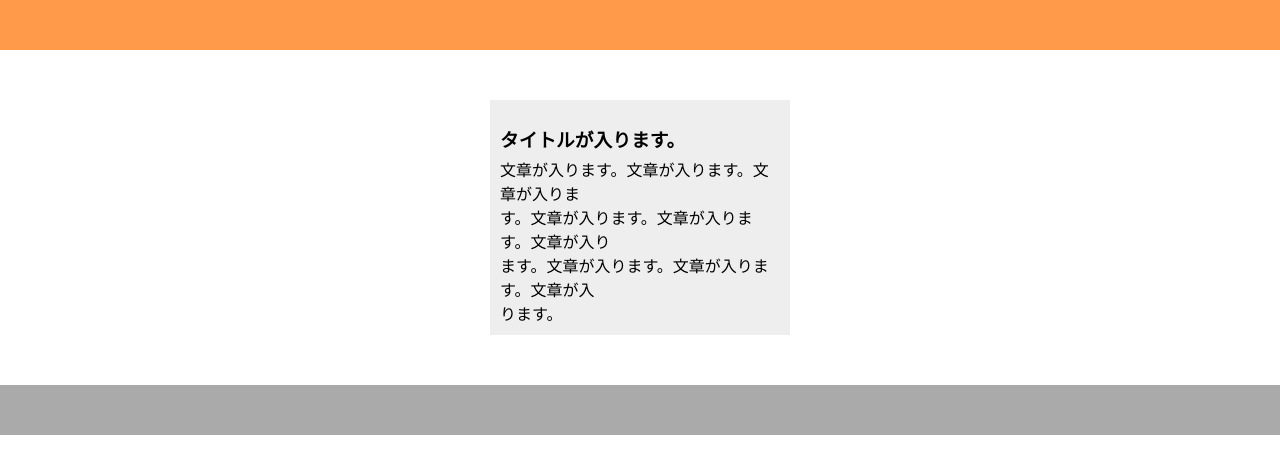
Repository: tkikokiko/webcamp-practice
Page: 1-9/index1-9-2.html
The author's editor kept a record of every edit. The page is drawn from the files as they stood at one moment, then again after the next edit.
The browser window is 1280 px wide. The pictures show the whole page.

Above is the page before.

### 1-9/index1-9-2.html
<!DOCTYPE html>
<html lang="ja">
  <head>
    <meta charset="utf-8" />
    <link rel="stylesheet" href="style1-9-2.css" type="text/css" />
    <title>kadai1-9-2</title>
  </head>

  <body>
    <header></header>

    <main>
      <div class="main-box">
        <div class="main-image"></div>
        <div class="main-step"></div>
        <div class="main-contents">
          <h3 class="main-title">タイトルが入ります。</h3>
          <p class="main-text">
            文章が入ります。文章が入ります。文章が入りま <br>
            す。文章が入ります。文章が入ります。文章が入り <br>
            ます。文章が入ります。文章が入ります。文章が入 <br>
            ります。
          </p>
        </div>
      </div>

    </main>

    <footer></footer>

  </body>
</html>

### 1-9/style1-9-2.css
* {
  margin: 0;
  padding: 0;
  box-sizing: border-box;
}

header {
  width: 100%;
  height: 50px;
  background-color: #ff9a4b;
}

main {
  margin: 50px auto;
  width: 960px;
  display: flex;
  justify-content: center;
}

.main-box {
  width: 300px;
  margin-right: 30px;
  padding: 10px;
  background-color: #eeeeee;
  position: relative;
}

.main-box:last-child {
  margin-right: 0;
}

.main-step {
  position: absolute;
  top: 0;
  left: 0;
  color: #ffffff;
  display: inline-block;
  background-color: #ff9a4b;
}

/*.main-contents {*/
/*  width: 300px;*/
/*  padding: 10px;*/
/*}*/

.main-image1 {
  height: 150px;
  padding: 10px;
  background-image: url(img/flow01.png);
  background-size: cover;
  background-position: bottom;
}

.main-image2 {
  height: 150px;
  background-image: url(img/flow02.png);
  background-size: cover;
  background-position: bottom;
}

.main-image3 {
  height: 150px;
  background-image: url(img/flow03.png);
  background-size: cover;
  background-position: bottom;
}

.main-title {
  margin: 15px 0 5px;
  /*display: inline-block;*/
  /*padding-top: 15px;*/
}

/*.main-text {*/
/*  display: inline-block;*/
/*  margin-top: 5px;*/
/*  font-size: 12px;*/
/*}*/


footer {
  width: 100%;
  height: 50px;
  background-color: #aaaaaa;
}

After the next edit:
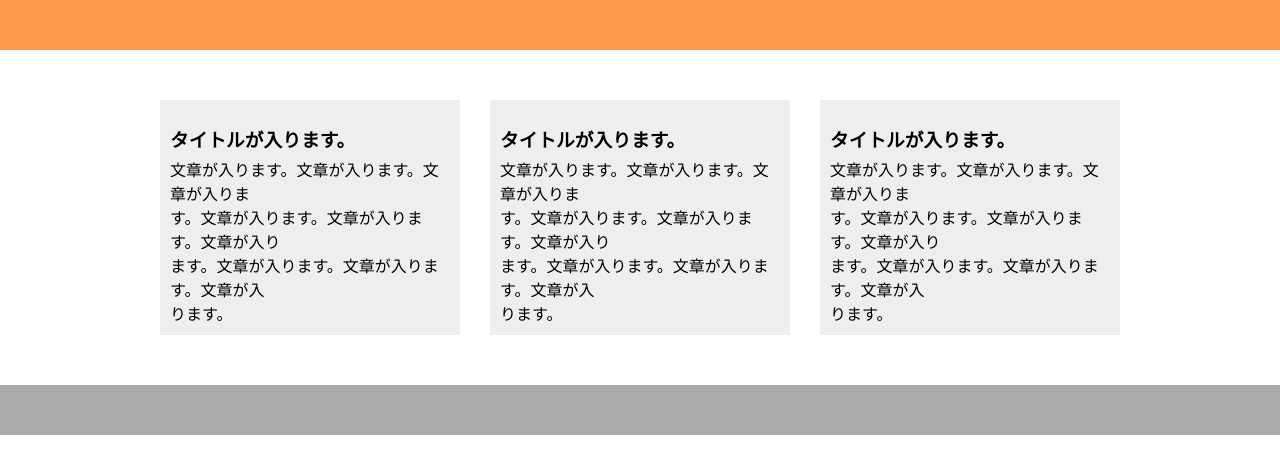
The edit:
--- a/1-9/index1-9-2.html
+++ b/1-9/index1-9-2.html
@@ -24,6 +24,34 @@
         </div>
       </div>
 
+      <div class="main-box">
+        <div class="main-image"></div>
+        <div class="main-step"></div>
+        <div class="main-contents">
+          <h3 class="main-title">タイトルが入ります。</h3>
+          <p class="main-text">
+            文章が入ります。文章が入ります。文章が入りま <br>
+            す。文章が入ります。文章が入ります。文章が入り <br>
+            ます。文章が入ります。文章が入ります。文章が入 <br>
+            ります。
+          </p>
+        </div>
+      </div>
+
+      <div class="main-box">
+        <div class="main-image"></div>
+        <div class="main-step"></div>
+        <div class="main-contents">
+          <h3 class="main-title">タイトルが入ります。</h3>
+          <p class="main-text">
+            文章が入ります。文章が入ります。文章が入りま <br>
+            す。文章が入ります。文章が入ります。文章が入り <br>
+            ます。文章が入ります。文章が入ります。文章が入 <br>
+            ります。
+          </p>
+        </div>
+      </div>
+
     </main>
 
     <footer></footer>
